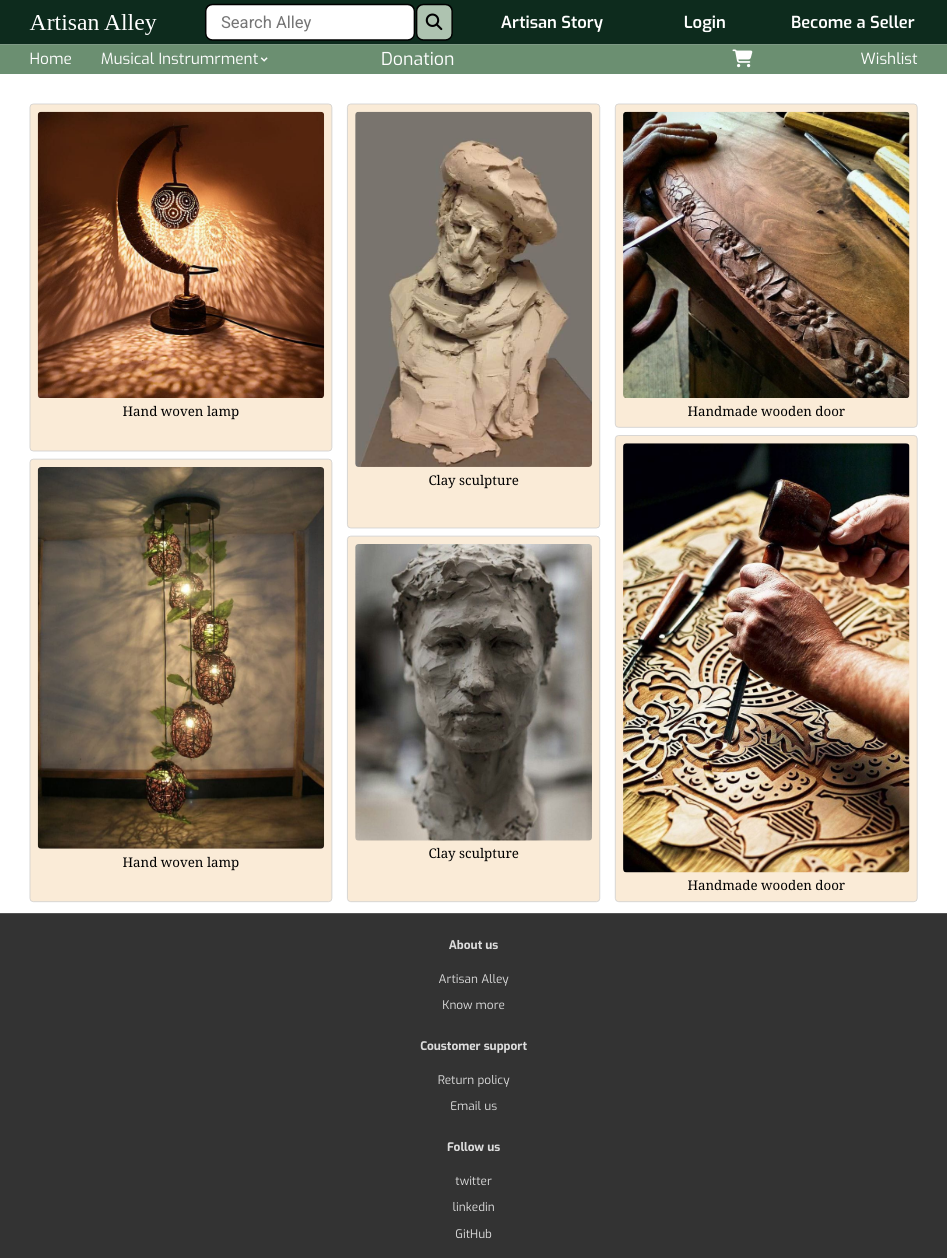
Repository: RingkhangBTY/Bytehacks_Hackathon_Project
Page: index.html
The author's editor kept a copy of each file at every save. The page is drawn from the files as they stood at one save, then again after the next save.
The browser window is 1280 px wide. The pictures show the whole page, at 74% of full size.
Some web fonts or font styles are not loaded; a fallback is used.

Above is the page before, as saved 2024-11-27 04:59:10.

After the next save:
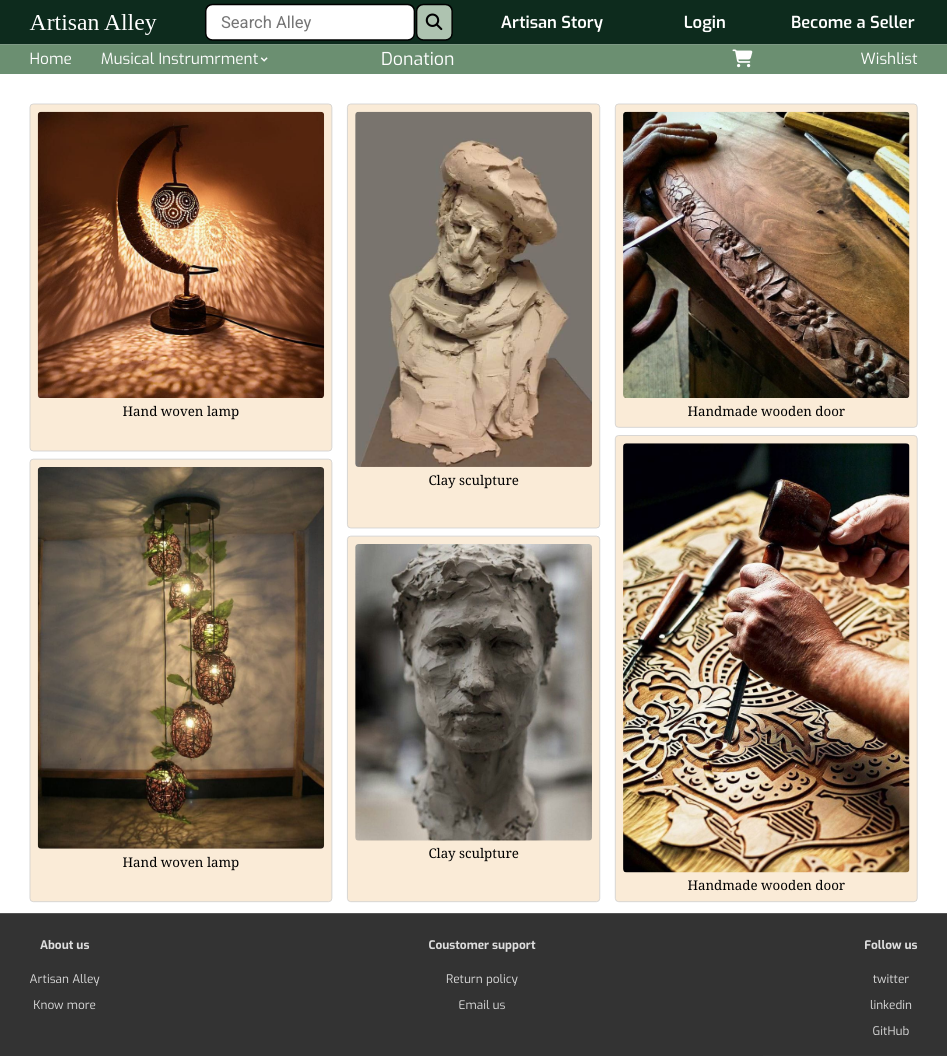
Saved 85 s later.
--- a/style.css
+++ b/style.css
@@ -213,9 +213,11 @@ footer{
 
 .footer-container{
   display: flex;
-    flex-direction: column; /* Arrange sections vertically */
-    align-items: center; /* Center-align all content */
-    gap: 20px;
+    justify-content: space-between; /* Space out the three sections */
+    flex-wrap: wrap; /* Allow wrapping for smaller screens */
+    gap: 40px; /* Space between columns */
+    max-width: 1200px; /* Limit the width */
+    margin: 0 auto;
 }
 
 .imfo-container{
